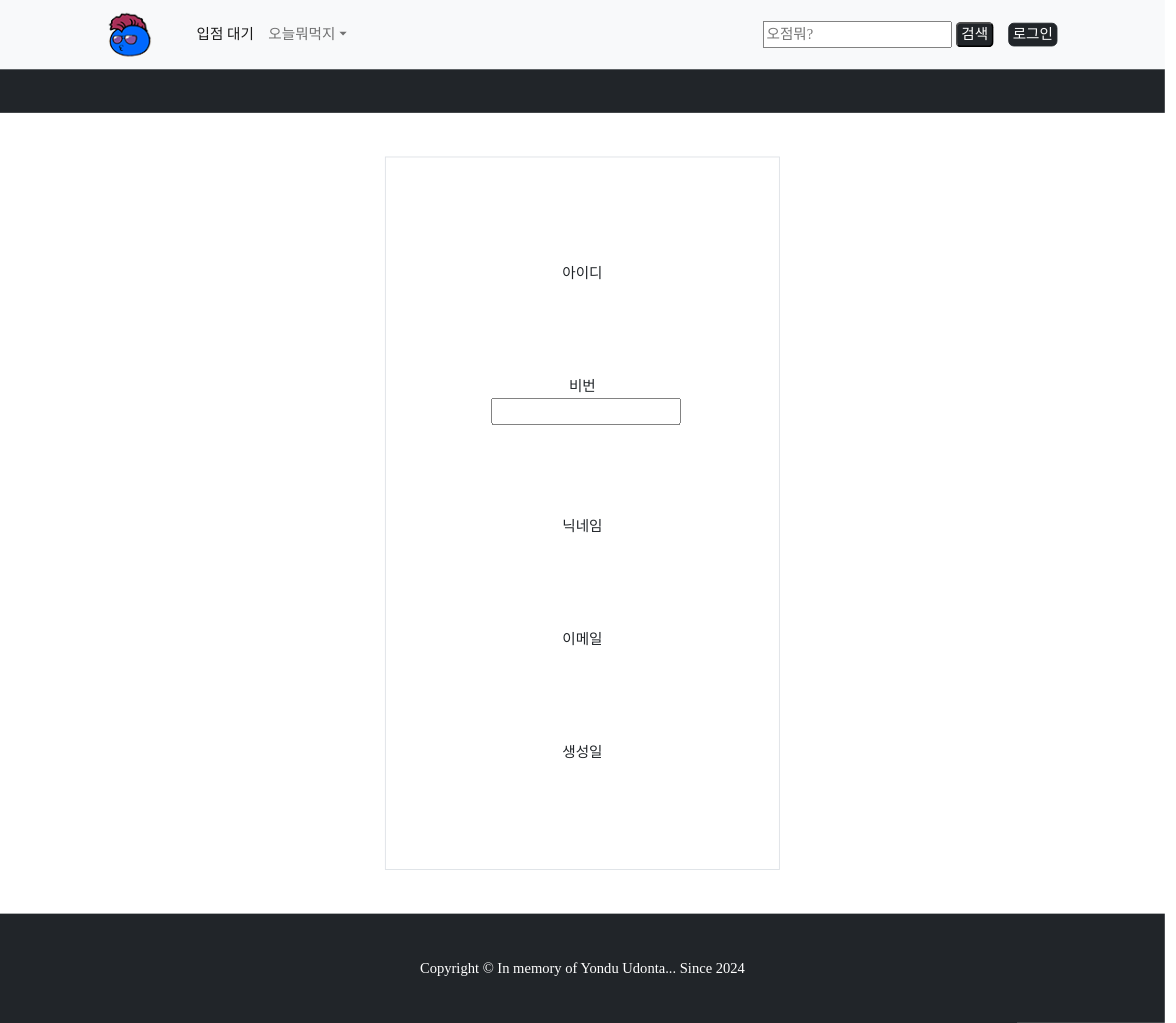
Repository: ashwan94/ydzone
Page: http://localhost/YonduZone/user/view
An editor plug-in stored every save of this project. The page is shown before and after the next save, followed by the edit.
The browser window is 1280 px wide. The page is 1292 px wide, so the pictures cover 1292 px, including what lies to the right of the window. The pictures show the whole page, at 91% of full size.
Some web fonts or font styles are not loaded; a fallback is used. The page is served by Tomcat 9. Other server files are loaded and not shown.

Above is the page before, as saved 2024-04-28 11:36:44.

### YonduZone/src/main/webapp/WEB-INF/views/user/view.jsp
<%@ page language="java" contentType="text/html; charset=UTF-8"
	pageEncoding="UTF-8"%>
<%@ taglib prefix="c" uri="http://java.sun.com/jsp/jstl/core"%>
<jsp:include page="/WEB-INF/views/common/header.jsp">
	<jsp:param value="마이페이지" name="title" />
</jsp:include>
<style>
	.userInfo div{
		margin:100px;
	}
</style>

<c:set var="user" value="${userInfo }" />
<div class="row my-5">
	<div class="col-4"></div>
	<div class="col-4 text-center border p-3 userInfo">
		<div>아이디 <br> ${user.id }</div>
		<div>
			비번 <br> <input type="password" value="${user.pw }">
		</div>
		<div>닉네임 <br> ${user.nickname }</div>
		<div>이메일 <br> ${user.email }</div>
		<div>생성일 <br> ${user.createDate }</div>
		<div class="col-4"></div>
	</div>
</div>
<jsp:include page="/WEB-INF/views/common/footer.jsp" />

### YonduZone/src/main/webapp/WEB-INF/views/common/header.jsp
<%@ page language="java" contentType="text/html; charset=UTF-8"
	pageEncoding="UTF-8"%>
<%@ taglib prefix="c" uri="http://java.sun.com/jsp/jstl/core"%>
<!DOCTYPE html>
<html lang="en">
<head>
<meta charset="UTF-8">
<meta name="viewport"
	content="width=device-width, initial-scale=1, shrink-to-fit=no" />
<meta name="description" content="" />
<meta name="author" content="" />
<!-- Favicon-->
<link rel="icon" type="image/x-icon" href="assets/favicon.ico" />
<!-- Bootstrap icons-->
<link
	href="https://cdn.jsdelivr.net/npm/bootstrap-icons@1.5.0/font/bootstrap-icons.css"
	rel="stylesheet" />
<!-- Core theme CSS (includes Bootstrap)-->
<link href="/Bootstrap/css/styles.css" rel="stylesheet" />
<title>${param.title }</title>
<style>
	a{
		text-decoration:none;
		color:black;
	}
	a:hover{
		color:rgb(57, 151, 255);
	}

	@font-face {
    font-family: 'SUIT-Regular';
    src: url('https://cdn.jsdelivr.net/gh/projectnoonnu/noonfonts_suit@1.0/SUIT-Regular.woff2') format('woff2');
    font-weight: normal;
    font-style: normal;
	}

	* {
		font-family: 'SUIT-Regular';
	}
</style>

</head>
<body>
	<header>
		<nav class="navbar navbar-expand-lg navbar-light bg-light">
			<div class="container px-4 px-lg-5">
				<a class="navbar-brand" href="/main"><img src="${pageContext.request.contextPath }/Source/header/logo/main_logo.png" alt="Welcome to YouduZone!"></a>
				<button class="navbar-toggler" type="button" data-bs-toggle="collapse" data-bs-target="#navbarSupportedContent" aria-controls="navbarSupportedContent" aria-expanded="false" aria-label="Toggle navigation">
					<span class="navbar-toggler-icon"></span>
				</button>
				<div class="collapse navbar-collapse" id="navbarSupportedContent">
					<ul class="navbar-nav me-auto mb-2 mb-lg-0 ms-lg-4">
						<li class="nav-item">
							<a class="nav-link active" aria-current="page" href="/restaurant/stanby?userNo=${sessionScope.user.no }" data-value="${sessionScope.user.no }" id="stanbyRestaurant">입점 대기</a>
						</li>
						<li class="nav-item dropdown">
                            <a class="nav-link dropdown-toggle" id="navbarDropdown" href="#" role="button" data-bs-toggle="dropdown" aria-expanded="false">오늘뭐먹지</a>
                            <ul class="dropdown-menu text-center" aria-labelledby="navbarDropdown">
                                <li><a class="dropdown-item" href="/restaurant/category?category=밥">밥</a></li>
                                <li><a class="dropdown-item" href="/restaurant/category?category=국/찌개">국/찌개</a></li>
                                <li><a class="dropdown-item" href="/restaurant/category?category=면/분식">면/분식</a></li>
                                <li><a class="dropdown-item" href="/restaurant/category?category=야식">야식</a></li>
                            </ul>
                        </li>
					</ul>

					<form action="/restaurant/search" method="get" class="d-flex">
						<label>
							<input type="text" name="searchWord" placeholder="오점뭐?" id="searchBar">
							<button type="submit" class="badge bg-dark text-white fs-6 rounded-25 p-1 fw-normal me-3">검색</button>
						</label>
					</form>
					<c:choose>
						<c:when test="${not empty sessionScope.user }">
							<a href="/restaurant/add" class="badge d-flex bg-dark text-white mx-2 p-1 rounded-25 fs-6 fw-normal">밥집 추가</a>
							<a href="/user/view"><span class="badge bg-dark text-white p-1 rounded-25 fs-6 fw-normal me-2">${sessionScope.user.nickName } 님</span></a>
							<form action="/logout" method="get">
								<button type="submit" class="d-flex badge bg-dark text-white p-1 rounded-25 fs-6 fw-normal">로그아웃</button>
							</form>
						</c:when>
						<c:otherwise>
							<form action="/login" method="get" class="d-flex">
								<button type="submit" class="badge btn btn-outline-dark bg-dark text-white p-1 rounded-25 fs-6 fw-normal">로그인</button>
							</form>
							<input type="hidden" id="loginCheck" value="${empty sessionScope.user }">
						</c:otherwise>
					</c:choose>
				</div>
			</div>
		</nav>
		<div class="container-fluid bg-dark p-3">
			<div class="text-center text-white my-3">
				<h1 class="display-4 fw-bolder">${param.center }</h1>
				<p class="lead fw-normal text-white-50 mb-0">${param.content }</p>
			</div>
		</div>
	</header>

### YonduZone/src/main/webapp/WEB-INF/views/common/footer.jsp
<%@ page language="java" contentType="text/html; charset=UTF-8"
	pageEncoding="UTF-8"%>
<footer class="py-5 bg-dark">
<div class="container">
	<p class="m-0 text-center text-white">Copyright &copy; In memory of Yondu Udonta... Since 2024</p>
</div>
</footer>
<!-- Bootstrap core JS-->
<script src="https://cdn.jsdelivr.net/npm/bootstrap@5.3.3/dist/js/bootstrap.bundle.min.js"></script>
<!-- Core theme JS-->
<script src="/Bootstrap/js/scripts.js"></script>
<script>
	const priceEl = document.querySelectorAll(".price");

	priceEl.forEach(el => {
		if(el == null) {
			console.log("There are no any price elements");
		} else{
			el.innerText = parseInt(el.innerText).toLocaleString() + "원";
		}
	})

	/* const searchBar = document.querySelector("#searchBar");
	searchBar.select(); */

	const loginCheck = document.querySelector("#loginCheck");
	const stanbyRestaurant = document.querySelector("#stanbyRestaurant");

	stanbyRestaurant.addEventListener("click", function(e) {
		e.preventDefault();

		if(loginCheck) {
			alert("로그인 이후 이용 가능합니다.");
			location.href = "/login";
		}else{
			location.href = "/restaurant/stanby?userNo=" + stanbyRestaurant.getAttribute("data-value");
		}
	})
</script>
</body>
</html>

### YonduZone/src/main/java/user/ViewServlet.java
package user;

import java.io.IOException;
import javax.servlet.ServletException;
import javax.servlet.annotation.WebServlet;
import javax.servlet.http.HttpServlet;
import javax.servlet.http.HttpServletRequest;
import javax.servlet.http.HttpServletResponse;
import javax.servlet.http.HttpSession;

@WebServlet("/user/view")
public class ViewServlet extends HttpServlet {

	protected void doGet(HttpServletRequest request, HttpServletResponse response) throws ServletException, IOException {
		HttpSession session = request.getSession();
		UserVO vo = (UserVO)session.getAttribute("user");

		request.setAttribute("userInfo", vo);
		request.getRequestDispatcher("/WEB-INF/views/user/view.jsp").forward(request, response);
	}
}

Loaded but not shown: YonduZone/src/main/webapp/Bootstrap/css/styles.css (library); YonduZone/src/main/webapp/Bootstrap/js/scripts.js (common file)

After the next save:
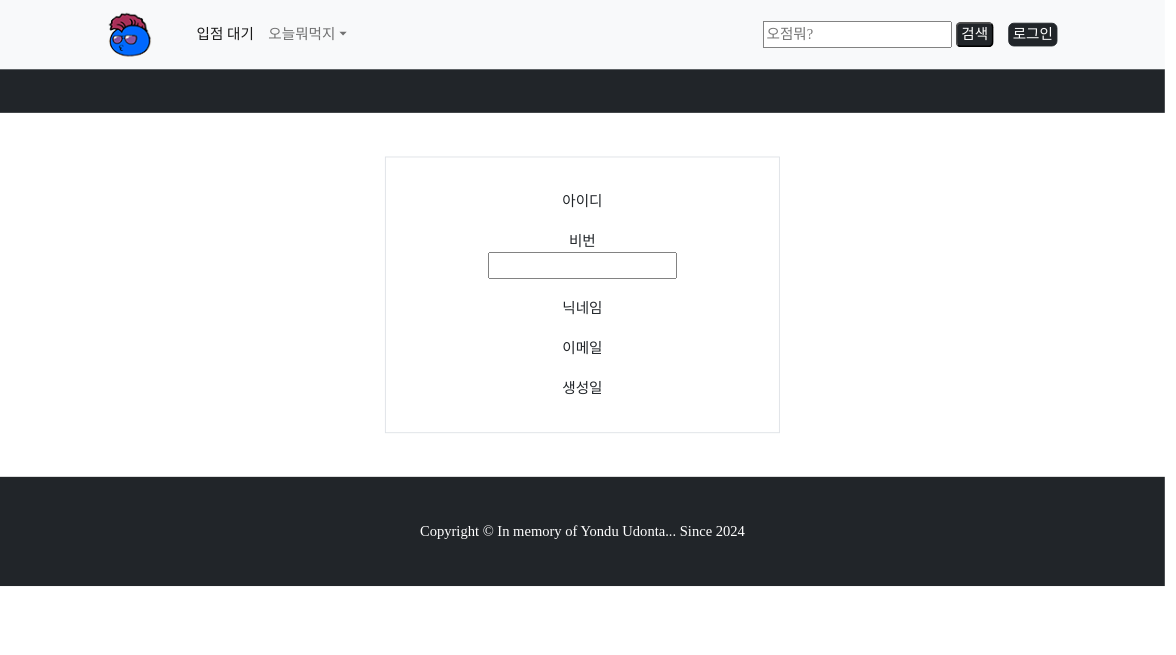
Saved 4 s later.
--- a/YonduZone/src/main/webapp/WEB-INF/views/user/view.jsp
+++ b/YonduZone/src/main/webapp/WEB-INF/views/user/view.jsp
@@ -6,7 +6,7 @@
 </jsp:include>
 <style>
 	.userInfo div{
-		margin:100px;
+		margin:20px;
 	}
 </style>
 
